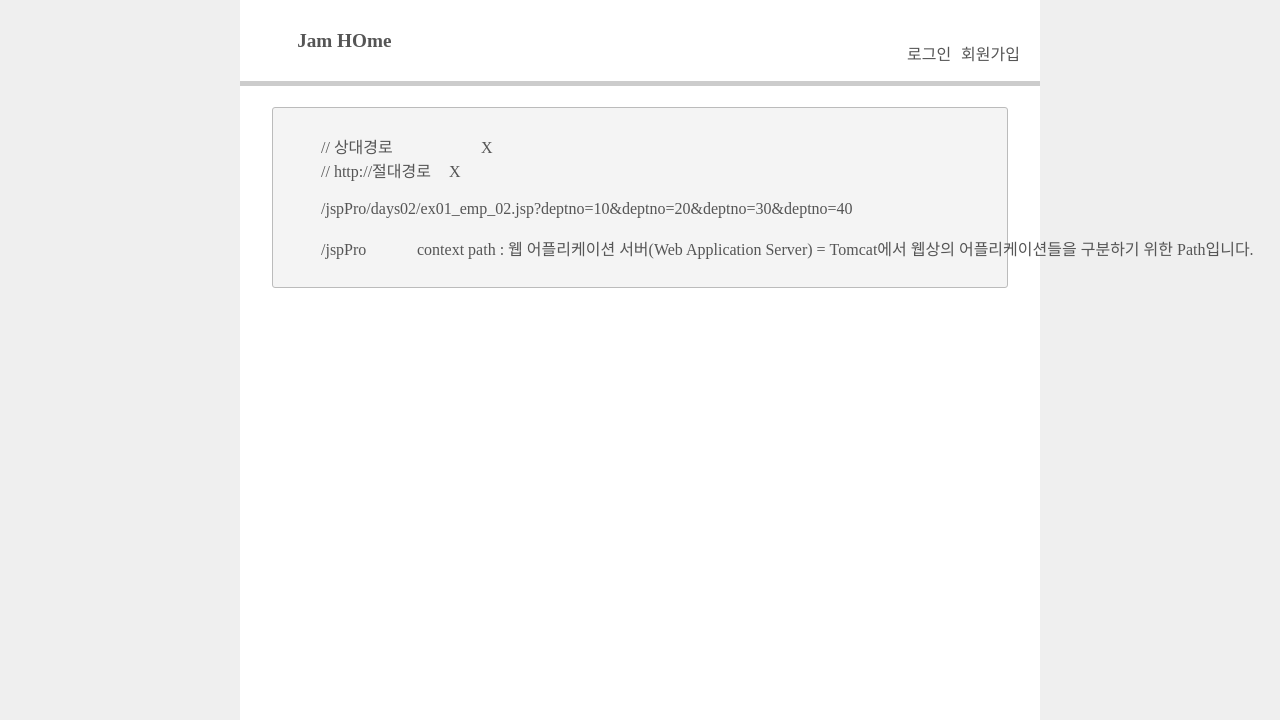
Repository: woals5636/JSPClass
Page: http://localhost/jspPro/days02/ex02.jsp
An editor plug-in stored every save of this project. The page is shown before and after the next save, followed by the edit.
The browser window is 1280 px wide. The pictures show the whole page.
Some web fonts or font styles are not loaded; a fallback is used. The page is served by Tomcat 9. Other server files are loaded and not shown.

Above is the page before, as saved 2024-10-16 05:49:21.

### jspPro/src/main/webapp/days02/ex02.jsp
<%@ page contentType="text/html; charset=UTF-8" pageEncoding="UTF-8"%>
<!DOCTYPE html>
<html>
<head>
<meta charset="UTF-8">
<title>Insert title here</title>
<link rel="shortcut icon" type="image/x-icon" href="http://localhost/jspPro/images/SiSt.ico">
<script src="https://ajax.googleapis.com/ajax/libs/jquery/3.7.1/jquery.min.js"></script>
<meta name="viewport" content="width=device-width, initial-scale=1.0">
<meta name="google" content="notranslate">
<link rel="stylesheet" href="http://localhost/jspPro/resources/cdn-main/example.css">
<script src="http://localhost/jspPro/resources/cdn-main/example.js"></script>
<style>
 span.material-symbols-outlined{
    vertical-align: text-bottom;
 }
</style>
</head>
<body>
<header>
  <h1 class="main"><a href="#" style="position: absolute;top:30px;">Jam HOme</a></h1>
  <ul>
    <li><a href="#">로그인</a></li>
    <li><a href="#">회원가입</a></li>
  </ul>
</header>
<div>
  <xmp class="code">
  	// 상대경로			X
  	// http://절대경로 	X

  	/jspPro/days02/ex01_emp_02.jsp?deptno=10&deptno=20&deptno=30&deptno=40

  	/jspPro		context path : 웹 어플리케이션 서버(Web Application Server) = Tomcat에서 웹상의 어플리케이션들을 구분하기 위한 Path입니다.
  </xmp>
</div>
</body>
</html>

### jspPro/src/main/webapp/resources/cdn-main/example.css
@charset "UTF-8";

@import url('https://fonts.googleapis.com/css2?family=Material+Symbols+Outlined:opsz,wght,FILL,GRAD@20..48,100..700,0..1,-50..200');

@font-face {
    font-family: 'GmarketSansMedium';
    src: url('https://cdn.jsdelivr.net/gh/projectnoonnu/noonfonts_2001@1.1/GmarketSansMedium.woff') format('woff');
    font-weight: normal;
    font-style: normal;
}

:root {
	--text-color: #555;
	--sub-text-color: #777;
	--back-color: #EFEFEF;
	--header-color: #444;
	--primary-color: #DEDEDE;
	--secondary-color: #EFEFEF;
	--default-width: 800px;
	--narrow-width: 500px;
	--wide-width: 1200px;
	--text-font: 'GmarketSansMedium';
	--icon-font: 'Material Symbols Outlined';
	--border-color: #CCC;
}

html, body {
	margin: 0;
	padding: 0;
}

html {
	background-color: var(--back-color);
	display: flex;
	justify-content: center;
	min-height: 100vh;
}

body, body.default {
	width: var(--default-width);
	background-color: white;
	padding-bottom: 120px;
}

body.wide {
	width: var(--wide-width);
}

body.narrow {
	width: var(--narrow-width);
}



body, p, div, span, a, input, select, option, textarea, button, table, th, td, label, fieldset, legend {
	font-family: var(--text-font);
	color: var(--text-color);
}

h1, h2, h3 {
	font-family: var(--text-font);
	color: var(--header-color);
	padding: 0 1rem;
	padding-top: .5rem;
}

div > h1, div > h2, div > h3 {
	padding: 0;
}

body > div, body > main > div {
	padding: 0.3rem 1rem;
}


h1 { font-size: 2rem; border-bottom: 1px solid var(--border-color); }
h1 small { font-size: 1.2rem; color: var(--sub-text-color); }
h2 { font-size: 1.5rem; border-bottom: 1px dashed var(--border-color); }
h2 small { font-size: 1.1rem; color: --sub-text-color; }
h3 { font-size: 1.2rem; }
h3 small { font-size: 1rem; color: --sub-text-color; }



h1.main::before {
	font-family: var(--icon-font);
  	content: '\e666';
  	margin-right: 10px;
  	float: left;
	font-size: 2.5rem;
}

h1.sub::before {
	font-family: var(--icon-font);
  	content: '\ea19';
  	margin-right: 10px;
  	float: left;
	font-size: 2.5rem;
}


h1.page::before {
	font-family: var(--icon-font);
  	content: '\e0e0';
  	margin-right: 10px;
  	float: left;
	font-size: 2.5rem;
}

body > header > ul > li > .active{
	background-color: #FFF;
	color:#F00;
}

body > header {
	display: flex;
	justify-content: space-between;
	border-bottom: 5px solid var(--border-color);
	min-height: 74px;
	background-color: #FFF;
}

body > header.sticky {
	position: sticky;
	top: 0;
	z-index: 98;
}

body > header > h1 {
	font-size: 1.2rem;
	border: 0;
}

body > header.in > h1::before {
	font-family: var(--icon-font);
  	content: '\e332‥';
  	margin-right: 3px;
  	float: left;
	font-size: 2rem;
}


body > header > ul {
	list-style-type: none;
	display: flex;
	align-items: flex-end;
	margin-right: 10px;
}

body > header > ul > li {
	margin-right: 10px;
	cursor: pointer;
}

body > header > ul > li > a {
	cursor: pointer;
}


form {
	display: block;
}

form > div {
	padding: 0.3rem 1rem;
}

div > form > div {
	padding: 0.3rem 0;
}

input, textarea, button, select {
	border: 1px solid #BBB;
	border-radius: 3px;
	outline: none;
	resize: none;
	padding: 7px;
	margin: 0;
}

input[type=text]:read-only, textarea:read-only {
	cursor: not-allowed;
	background-color: #FFF;
}

input[type=text]:disabled, textarea:disabled {
	cursor: not-allowed;
	background-color: #EEE;
}

input[type=text], input[type=password], textarea, button, select {
	/* width: 300px; */
}

textarea {
	display: block;
	height: 100px;
}

input[type=button], input[type=submit], button {
	/* width: inherit; */
}

input.short, textarea.short, button.short, select.short {
	width: 100px;
}

input.long, textarea.long, button.long, select.long {
	width: 350px;
}

.narrow input.long, .narrow textarea.long, .narrow button.long, .narrow select.long {
	width: calc(100% - 20px);
}

input.full, textarea.full, button.full, select.full {
	width: calc(100% - 20px);
}

textarea.short {
	height: 50px;
}

textarea.long {
	height: 100px;
}

textarea.full {
	height: 200px;
}

input, textarea {
	padding-top: 8px;
}

input[type=button], input[type=submit], button {
	padding: 5px 10px;
	background-color: var(--secondary-color);
	cursor: pointer;
	min-height: 36px;
}

input[type=button].primary, input[type=submit].primary, button.primary {
	/* background-color: rgba(100, 149, 237, .2); */
	background-color: var(--primary-color);
}

input[type=button].primary:hover, input[type=submit].primary:hover, button.primary:hover {
	/* background-color: rgba(100, 149, 237, .3); */
	background-color: var(--secondary-color);
}

input[type=button]:hover, input[type=submit]:hover, button:hover {
	background-color: var(--primary-color);
}

button {
	position: relative;
	left: 0;
	top: 0;
	padding-left: 35px;
}

button .material-symbols-outlined {
	position: absolute;
	left: 10px;
	top: 4px;
}

/* k2nik add */
button.login::before {
	font-family: var(--icon-font);
  	content: '\ea77';
	position: absolute;
	left: 11px;
	top: 4px;
	font-size: 1.25rem;
}

/* k2nik logout */
button.logout::before {
	font-family: var(--icon-font);
  	content: '\e9ba';
	position: absolute;
	left: 11px;
	top: 4px;
	font-size: 1.25rem;
}

/* k2nik help */
button.help::before {
	font-family: var(--icon-font);
  	content: '\f1c0';
	position: absolute;
	left: 11px;
	top: 4px;
	font-size: 1.25rem;
}

button.add::before{
	font-family: var(--icon-font);
  	content: '\e746';
	position: absolute;
	left: 11px;
	top: 4px;
	font-size: 1.25rem;
}

button.back::before {
	font-family: var(--icon-font);
  	content: '\e166';
	position: absolute;
	left: 11px;
	top: 4px;
	font-size: 1.25rem;
}

button.list::before {
	font-family: var(--icon-font);
  	content: '\e0ee';
	position: absolute;
	left: 11px;
	top: 4px;
	font-size: 1.25rem;
}


button.del::before {
	font-family: var(--icon-font);
  	content: '\e872';
	position: absolute;
	left: 11px;
	top: 4px;
	font-size: 1.25rem;
}


button.edit::before {
	font-family: var(--icon-font);
  	content: '\e745';
	position: absolute;
	left: 11px;
	top: 4px;
	font-size: 1.25rem;
}


button.login::before {
	font-family: var(--icon-font);
  	content: '\ea77';
	position: absolute;
	left: 11px;
	top: 4px;
	font-size: 1.25rem;
}


button.logout::before {
	font-family: var(--icon-font);
  	content: '\e9ba';
	position: absolute;
	left: 11px;
	top: 4px;
	font-size: 1.25rem;
}


button.in::before {
	font-family: var(--icon-font);
  	content: '\f71a';
	position: absolute;
	left: 11px;
	top: 4px;
	font-size: 1.25rem;
}


button.out::before {
	font-family: var(--icon-font);
  	content: '\f70e';
	position: absolute;
	left: 11px;
	top: 4px;
	font-size: 1.25rem;
}


button.reply::before {
	font-family: var(--icon-font);
  	content: '\e15e';
	position: absolute;
	left: 11px;
	top: 4px;
	font-size: 1.25rem;
}


button.comment::before {
	font-family: var(--icon-font);
  	content: '\e0b9';
	position: absolute;
	left: 11px;
	top: 4px;
	font-size: 1.25rem;
}


button.modal::before {
	font-family: var(--icon-font);
  	content: '\e89e';
	position: absolute;
	left: 11px;
	top: 4px;
	font-size: 1.25rem;
}


button.ok::before {
	font-family: var(--icon-font);
  	content: '\e86c';
	position: absolute;
	left: 11px;
	top: 4px;
	font-size: 1.25rem;
}


button.cancel::before {
	font-family: var(--icon-font);
  	content: '\e5c9';
	position: absolute;
	left: 11px;
	top: 4px;
	font-size: 1.25rem;
}

button.search::before {
	font-family: var(--icon-font);
  	content: '\e8b6';
	position: absolute;
	left: 11px;
	top: 4px;
	font-size: 1.25rem;
}

button.home::before {
	font-family: var(--icon-font);
  	content: '\e88a';
	position: absolute;
	left: 11px;
	top: 4px;
	font-size: 1.25rem;
}


button.sidebar::before {
	font-family: var(--icon-font);
  	content: '\f7e4';
	position: absolute;
	left: 11px;
	top: 4px;
	font-size: 1.25rem;
}


button.sidebar-right::before {
	font-family: var(--icon-font);
  	content: '\f7e5';
	position: absolute;
	left: 11px;
	top: 4px;
	font-size: 1.25rem;
}




button::before {
	font-family: var(--icon-font);
  	content: '\e323';
	position: absolute;
	left: 11px;
	top: 4px;
	font-size: 1.25rem;
}


table {
	border-collapse: collapse;
	margin: 1rem;
	box-sizing: border-box;
	width: calc(100% - 32px);
}

table.content {
	width: auto;
}

div > table {
	margin: 0;
}

table th, table td {
	border: 1px solid var(--border-color);
	padding: 7px;
	font-weight: normal;
}

table th {
	background-color: var(--back-color);
}

table.vertical th {
	width: 150px;
}

table.vertical td {
	width: calc(100% - 182px);
	padding-left: 10px;
}

table.content td, table.content th {
	width: auto;
}

body.narrow table.vertical th {
	width: 100px;
}

body.narrow table.vertical td {
	width: calc(100% - 182px);
}


table + table {
	margin-top: 30px;
}


p {
	padding: 0 1rem;
}

a {
	text-decoration: none;
}

a:hover {
	color: rgba(255, 99, 71, .7);
}

hr {
	border: 0;
	border-top: 1px solid var(--border-color);
	margin: 2rem 0;
}

.message {
	border: 1px solid var(--border-color);
	background-color: #EFEFEF;
	margin: 1rem;
	width: auto;
	padding-top: 10px;
	padding-bottom: 10px;
	font-size: 14px;
}

.message[title]::before {
	content: attr(title);
	display: block;
	border-bottom: 1px solid var(--border-color);
	padding-bottom: 5px;
	margin-bottom: 10px;
	margin-top: 7px;
}

.message.short {
	max-width: 250px;
}

.message.long {
	max-width: 500px;
}

.badge {
	float: right;
	font-size: .8rem;
	margin-top: 2px;
	margin-right: 2px;
	text-shadow: 0 0 7px gray;
}

.badge.left {
	float: none;
	margin-left: 2px;
}

.badge.right {
	float: right;
}

.badge.red {
	border-radius: 50%;
	padding: 2px 5px;
	background-color: rgb(255, 99, 71, .3);
}

.badge.yellow {

	border-radius: 50%;
	padding: 2px 5px;
	background-color: rgb(255, 215, 0, .5);
}

.badge.blue {
	border-radius: 50%;
	padding: 2px 5px;
	background-color: rgb(100, 149, 237, .3);
}

label + label {
	margin-left: 7px;
}

label input[type=checkbox], label input[type=radio] {
	transform: translate(0, 1px);
}

.group {
	display: flex;
}

.modal-content .group {
	margin-bottom: .5rem;
}

.group label {
	border: 1px solid #BBB;
	border-radius: 3px;
	outline: none;
	resize: none;
	padding: 7px 14px;
	margin: 0;
	border-top-right-radius: 0;
	border-bottom-right-radius: 0;
	background-color: #EFEFEF;
	white-space: nowrap;
	font-size: 14px;
}

.group input[type=text] {
	margin-left: -1px;
	border-top-left-radius: 0;
	border-bottom-left-radius: 0;
}

.group select {
	margin-left: -1px;
	border-top-left-radius: 0;
	border-bottom-left-radius: 0;
}

.group input.full[type=text] {
	margin-left: -1px;
	border-top-left-radius: 0;
	border-bottom-left-radius: 0;
	width: 100%;
}

.group input[type=button]:first-child, .group button:first-child {
	border-top-left-radius: 3px;
	border-bottom-left-radius: 3px;
	margin-left: 0px;
}

.group input[type=button], .group button {
	border-radius: 0;
	margin-left: -1px;
}

.group input[type=button]:last-child, .group button:last-child {
	margin-left: -1px;
	border-top-right-radius: 3px;
	border-bottom-right-radius: 3px;
}

.seperate {
	display: flex;
	justify-content: space-between;
}

div.list {
	width: max-content;
	margin: 1rem;
	border: 1px solid #BBB;
	border-radius: 3px;
	padding: 0;
}

div.list.full {
	width: auto;
	display: block;
	margin: 1rem;
	border: 1px solid #BBB;
	border-radius: 3px;
	padding: 0;
}

div.list > div {
	padding: .5rem 1rem;
	margin: 0;
	border-bottom: 1px solid #BBB;
}

div.list > div:last-child {
	border-bottom: 0;
}

pre.code , xmp.code{
	font-family: consols;
	background-color: rgba(150, 150, 150, .1);
	border: 1px solid #BBB;
	border-radius: 3px;
	padding: .5rem 1rem;
	padding-bottom: .6rem;
	margin: 1rem;
}




*[data-modal-window] {
	position: fixed;
	background-color: rgba(0, 0, 0, .3);
	left: 0;
	top: 0;
	display: none;
	justify-content: center;
	align-items: flex-start;
	width: 100%;
	min-height: 100vh;
	z-index: 100;
	opacity: 0;
	transition: 500ms all;
}

*[data-modal-window] .modal-container {
	border-radius: 5px;
	padding: 1rem;
	padding-bottom: .5rem;
	margin-top: -500px;
	opacity: 0;
	width: 500px;
	background-color: #FFF;
	margin-right: 2rem;
	transition: 500ms all;
}

*[data-modal-size=content] .modal-container {
	width: auto;
}

*[data-modal-size=narrow] .modal-container {
	width: 300px;
}

*[data-modal-size=wide] .modal-container {
	width: 760px;
}


*[data-modal-window] .modal-header {
	border-bottom: 1px solid var(--border-color);
	padding: 2px 5px;
}

*[data-modal-window] .modal-content {
	padding: 1rem 5px;
}

*[data-modal-window] .modal-content div:last-child {
	margin-top: 1rem;
	text-align: right;
}



*[data-sidebar-window] {
	position: fixed;
	background-color: #FFF;
	left: 0;
	top: 0;
	display: block;
	width: 300px;
	border-right: 1px solid var(--border-color);
	box-sizing: border-box;
	box-shadow: 0 0 3px var(--back-color);
	min-height: 100vh;
	z-index: 99;
	transform: translate(-300px, 0);
	transition-duration: 500ms;
	transition-property: transform;
}

*[data-sidebar-direction=right] {
	left: auto;
	right: 0;
	transform: translate(300px, 0);
	border-left: 1px solid var(--border-color);
}

*[data-sidebar-size=wide] {
	width: 500px;
	transform: translate(-500px, 0);
}

*[data-sidebar-window] .sidebar-title {
	border-bottom: 1px solid var(--border-color);
	margin-top: 20px;
	margin-bottom: 20px;
	padding-bottom: 5px;
	display: flex;
	justify-content: space-between;
}

*[data-sidebar-window] .sidebar-title span:last-child {
	cursor: pointer;
}


/* K2Nik pagination */
.center {
  text-align: center;
}

.pagination {
  display: inline-block;
}

.pagination a {
  color: black;
  float: left;
  padding: 3px 6px;
  text-decoration: none;
  transition: background-color .3s;
  border: 1px solid #ddd;
  margin: 0 3px;
}

.pagination a.active {
  background-color: #4CAF50;
  color: white;
  border: 1px solid #4CAF50;
}

.pagination a:hover:not(.active) {background-color: #ddd;}

### jspPro/src/main/webapp/resources/cdn-main/example.js

window.onload = () => {

    const list = document.querySelectorAll('input, textarea');

    list.forEach(item => {
        item.setAttribute('autocomplete', 'off');
    });


    const modal_btn_list = document.querySelectorAll('*[data-modal-button]');

    modal_btn_list.forEach(item => {
        item.onclick = function() {

            const name = this.dataset['modalButton'];
            const modal_window = document.querySelector('*[data-modal-window=' + name);

            const container = document.createElement('div');
            container.className = 'modal-container';



            const modal_header = document.createElement('div');
            modal_header.textContent = modal_window.dataset['modalTitle'];
            modal_header.className = 'modal-header';
            container.appendChild(modal_header);

            const modal_content = document.createElement('div');
            modal_content.className = 'modal-content';
            container.appendChild(modal_content);

            Array.from(modal_window.childNodes).forEach(item => {
                modal_content.appendChild(item);
            });

            modal_window.appendChild(container);

            modal_window.style.display = 'flex';

            setTimeout(() => {
                modal_window.style.opacity = 1;
                container.style.marginTop = '20px';
                container.style.opacity = 1;
            }, 50);


            const modal_ok = document.querySelector('*[data-modal-ok=' + name);
            modal_ok.addEventListener('click', function() {
                modal_window.style.opacity = 0;
                container.style.marginTop = '-500px';
                container.style.opacity = 0;

                setTimeout(() => {
                    modal_window.innerHTML = modal_content.innerHTML;
                    modal_window.style.display = 'none';
                }, 500);

            });

            const modal_cancel = document.querySelector('*[data-modal-cancel=' + name);
            modal_cancel.addEventListener('click', function() {

                modal_window.style.opacity = 0;
                container.style.marginTop = '-500px';
                container.style.opacity = 0;

                setTimeout(() => {
                    modal_window.innerHTML = modal_content.innerHTML;
                    modal_window.style.display = 'none';
                }, 500);
            });


        };
    });


    const sidebar_btn_list = document.querySelectorAll('*[data-sidebar-button]');

    sidebar_btn_list.forEach(item => {
        item.onclick = function() {



            const name = this.dataset['sidebarButton'];
            const sidebar_window = document.querySelector('*[data-sidebar-window=' + name);

            if (sidebar_window.style.transform == 'translate(0px, 0px)') return;



            sidebar_window.style.transform = 'translate(0, 0)';

            const sidebar_title = document.createElement('div');
            sidebar_title.className = 'sidebar-title';
            sidebar_title.innerHTML = '<span>' + sidebar_window.dataset['sidebarTitle'] + '</span><span class="material-symbols-outlined">close</span>';

            sidebar_title.children[1].onclick = function() {

                let sign = 1;
                let distance = 300;

                if (sidebar_window.dataset['sidebarDirection'] != 'right') {
                    sign = -1;
                } else {
                    sign = 1;
                }

                if (sidebar_window.dataset['sidebarSize'] != 'wide') {
                    distance = 300;
                } else {
                    distance = 500;
                }

                distance *= sign;

                sidebar_window.style.transform = 'translate(' + distance + 'px, 0)';

                setTimeout(function() {
                    sidebar_window.removeChild(sidebar_window.children[0]);
                }, 500);
            };


            sidebar_window.prepend(sidebar_title);

        }
    });

};

// window.onkeydown = function(event) {

//     if (event.keyCode == 27) {
//         if (document.querySelector('[data-modal-window').style.display == 'flex') {
//             document.querySelector('[data-modal-window').style.display = 'none';
//         }
//     }

// };

After the next save:
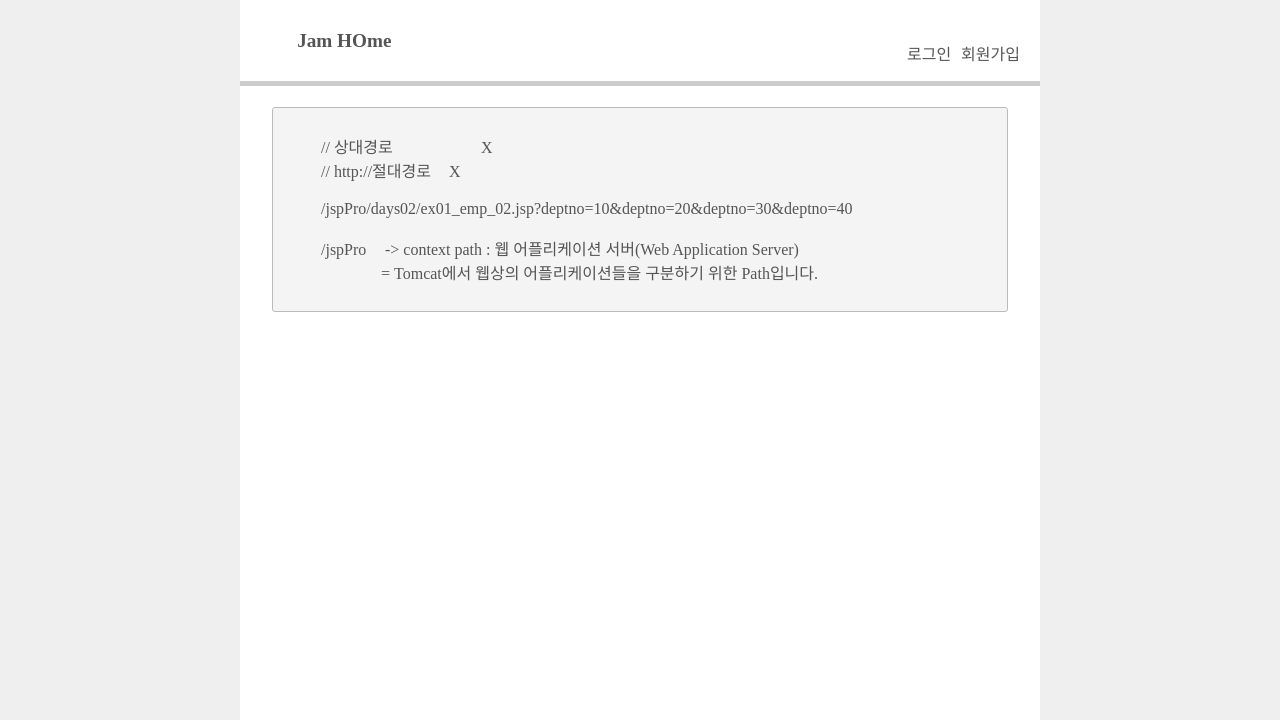
Saved 3 min 24 s later.
--- a/jspPro/src/main/webapp/days02/ex02.jsp
+++ b/jspPro/src/main/webapp/days02/ex02.jsp
@@ -31,7 +31,8 @@
 
   	/jspPro/days02/ex01_emp_02.jsp?deptno=10&deptno=20&deptno=30&deptno=40
 
-  	/jspPro		context path : 웹 어플리케이션 서버(Web Application Server) = Tomcat에서 웹상의 어플리케이션들을 구분하기 위한 Path입니다.
+  	/jspPro	-> context path : 웹 어플리케이션 서버(Web Application Server)
+  	               = Tomcat에서 웹상의 어플리케이션들을 구분하기 위한 Path입니다.
   </xmp>
 </div>
 </body>
